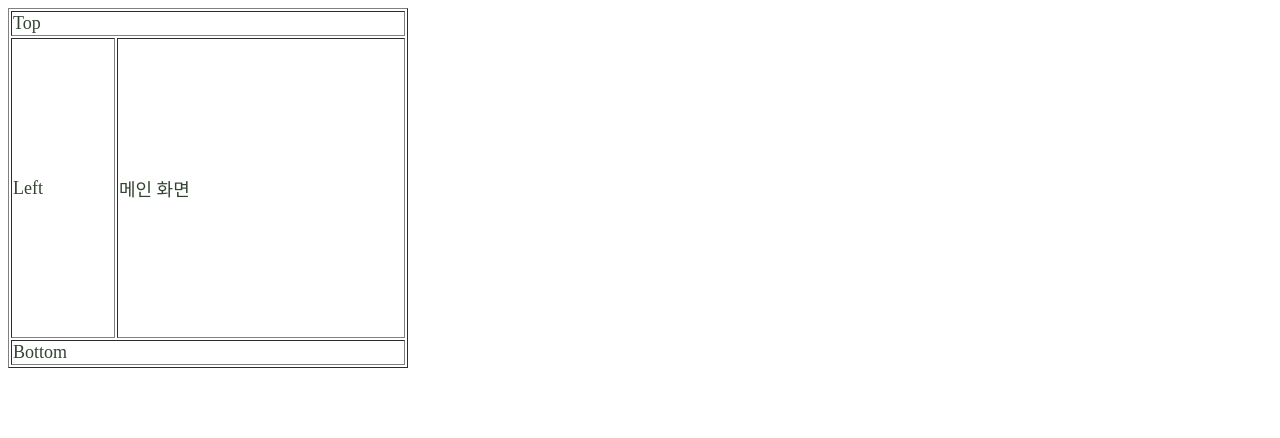
Repository: hyyrim/WebStudy
Page: http://localhost/WebApp19/Main.jsp
The author's editor kept a copy of each file at every save. The page is drawn from the files as they stood at one save, then again after the next save.
The browser window is 1280 px wide. The pictures show the whole page.
The page is served by Tomcat 9. Other server files are loaded and not shown.

Above is the page before, as saved 2021-05-20 07:39:12.

### WebApp19/WebContent/Main.jsp
<%@ page contentType="text/html; charset=UTF-8"%>
<!DOCTYPE html>
<html>
<head>
<meta charset="UTF-8">
<title>Main.jsp</title>
<link rel="stylesheet" type="text/css" href="css/main.css">

</head>
<body style="font-size: 9pt;">

<div>
	<table style="width: 400px;" border="1">
		<tr>
			<td colspan="2">
				Top
			</td>
		</tr>
		<tr style="height: 300px;">
			<td style="width: 100px;">
				Left
			</td>
			<td>
				메인 화면
			</td>
		</tr>
		<tr>
			<td colspan="2">
				Bottom
			</td>
		</tr>
	</table>
</div>

</body>
</html>

### WebApp19/WebContent/css/main.css
@charset "UTF-8";

body, p, div, span, input, table, th, td, select
{
	font-size: 18px;
	font-family: 맑은 고딕;
	color: #343;


}

.control
{
	border: 1px solid gray;
	border-radius: 3px;
}

.table
{
	border-collapse: collapse;
	width: 100%;
}


.table th, .table td
{
	border: 1px solid gray;
	border-left: 0px;
	border-right: 0px;
	padding: 3px;
	line-height: 150%;
}

.table th
{
	font-weight: bold;
	background-color: #EEE;
}


.btn
{
	font-weight: bold;
}

.btn:hover
{
	color: orange;
	background-color: #778877;
}

### WebApp19/WebContent/Top.jsp
<%@ page contentType="text/html; charset=UTF-8"%>
<!DOCTYPE html>
<html>
<head>
<meta charset="UTF-8">
<title>Top.jsp</title>
</head>
<body>

상단 메뉴<br>
<a href="">로그인</a> | <a href="">회원가입</a> | <a href="">정보확인</a>


</body>
</html>

After the next save:
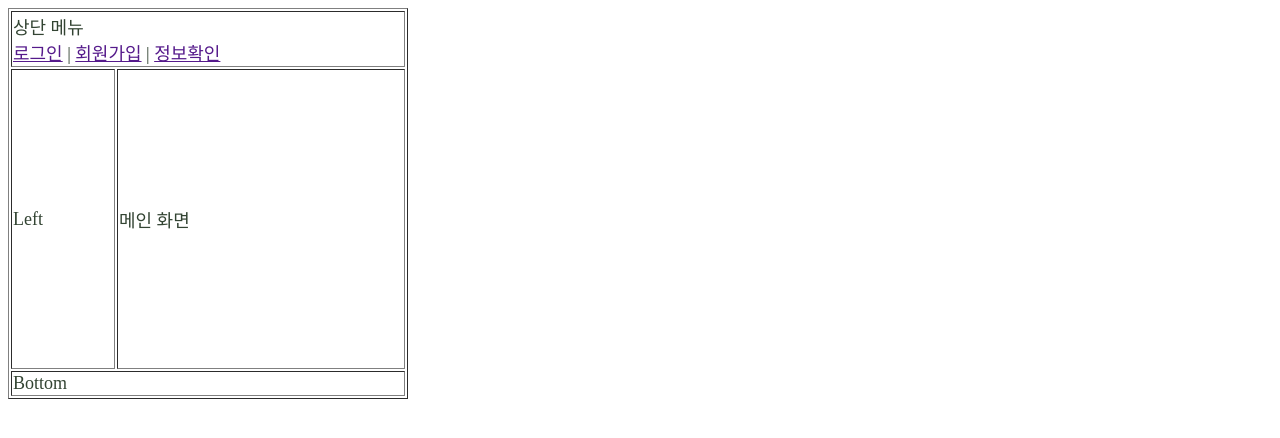
Saved 30 s later.
--- a/WebApp19/WebContent/Main.jsp
+++ b/WebApp19/WebContent/Main.jsp
@@ -13,7 +13,8 @@
 	<table style="width: 400px;" border="1">
 		<tr>
 			<td colspan="2">
-				Top
+				<!-- Top -->
+				<jsp:include page="Top.jsp" flush="false"></jsp:include>
 			</td>
 		</tr>
 		<tr style="height: 300px;">
